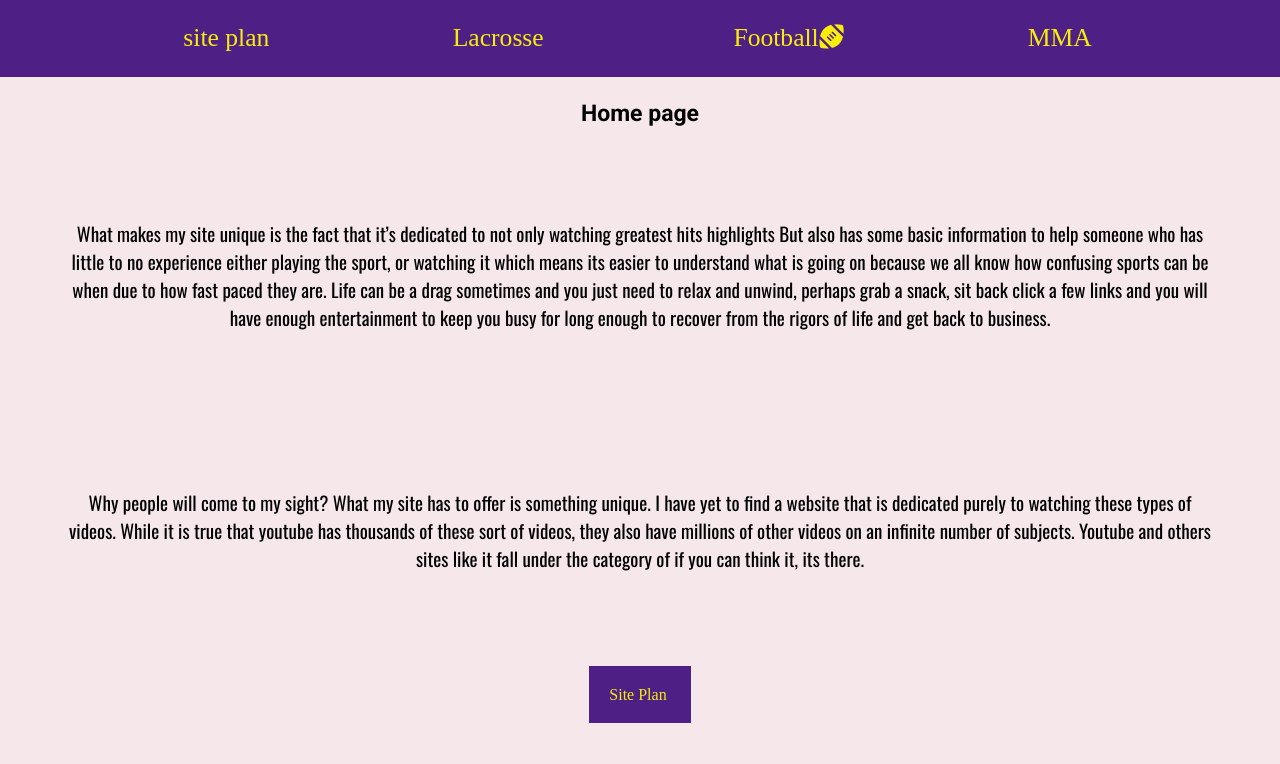
Repository: nak97/personal-site
Page: index.html
The author's editor kept a copy of each file at every save. The page is drawn from the files as they stood at one save, then again after the next save.
The browser window is 1280 px wide. The pictures show the whole page.
Some icons come from a web library that is not loaded, so they are not drawn. Some web libraries are served in a nearby version.

Above is the page before, as saved 2023-03-19 09:53:17.

### index.html
<!DOCTYPE html>
<html lang="en">
<head>
  <meta charset="UTF-8">
  <meta http-equiv="X-UA-Compatible" content="IE=edge">
  <meta name="viewport" content="width=device-width, initial-scale=1.0">
  <link rel="stylesheet" href="personal-site.css">
  <link href="https://fonts.googleapis.com/css2?family=Oswald:wght@200&family=Roboto:wght@700&display=swap" rel="stylesheet">
  <link href="https://fonts.googleapis.com/css2?family=Oswald:wght@200;400&family=Roboto:wght@700&display=swap" rel="stylesheet">
<link rel="preconnect" href="https://fonts.gstatic.com" crossorigin>
  <script src="https://kit.fontawesome.com/615002bc5f.js" crossorigin="anonymous"></script>
  <title> Home</title>
</head>
<body>
  <nav>
    <a href="site-plan.html">site plan</a>
    <a href="lacrosse.html" target="_blank">Lacrosse <i class="fa-solid fa-lacrosse-stick-ball"></i></a>
    <a href="football.html" target="_blank">Football<i class="fa-solid fa-football"></i></a>
    <a href="mma.html" target="_blank">MMA  <i class="fa-solid fa-boxing-glove"></i></a>
  </nav>
<section class="home">
<h3>Home page</h3>
      <p class="p1">
        What makes my site unique is the fact that it’s dedicated to not only watching greatest hits highlights But also has some basic information to help someone who has little to no experience either playing the sport, or watching it which means its easier to understand what is going on because we all know how confusing sports can be when due to how fast paced they are.
        Life can be a drag sometimes and you just need to relax and unwind, perhaps grab a snack,
        sit back click a few links and you will have enough entertainment to keep you busy for long enough to recover from the rigors of life and get back to business.
      </p>
      <p class="p2">
        Why people will come to my sight?
        What my site has to offer is something unique. I have yet to find a website that is dedicated purely to watching these types of videos.
        While it is true that youtube has thousands of these sort of videos, they also have millions of other videos on an infinite number of subjects. Youtube and others sites
        like it fall under the category of if you can think it, its there.
      </p>
    </section>

    <footer><a href="site-plan.html"> Site Plan <i class="fa-solid fa-ruler-triangle"></i></a></footer>
</body>
</html>

### personal-site.css

body{
  background-color: #F6E8EA;
  padding: 0 ;
  margin: 0;
}

 h3 {
  font-family: 'Roboto', sans-serif;
  font-size: 23px;
}

p {
  font-family: 'Oswald', sans-serif;
  font-size: 19px;
}

  .container {display: grid;}

a{text-decoration: none;}

.home h3 {
  text-align: center;
}

.home .p1 {
  padding: 69px;
}

.home .p2 {
  padding: 69px;
}

nav{
  display: flex;
  justify-content: space-evenly;
  background-color: #4e2086;
  line-height: 3em;
  text-align: center;
  font-size: 1.6em;
}

nav a { color: #f8ec0d;}

nav a:hover {color: #F45B69;}

.lacrosse h3, p {text-align: center;}

.lacrosse p {padding: 0px 121px;}

.lacrosse { margin: 43px 0;}

.Laxvideos{
  margin-top: 20px;
  display: flex;
  justify-content: space-evenly;
  text-align: center;
  background-color: #F45B69;
  padding-top: 40px;
}

.rules{margin: 50px 0;}

.rules h3, p {text-align: center;}

.rules p {padding: 0px 121px;}

.LaxImages {
  background-color: #4e2086;
}

.LaxImages p {color:#f8ec0d;
}

.images {
  display: flex;
  justify-content: space-between;
  padding-top: 54px;
}

.img1{margin-left: 105px;}

.img1 p {text-align: center; }

.img2 {margin-left: 312px;}

.img2 p{
  text-align: center;
  margin-right: 70px;
}

.img-1{
  margin-left: 40px;
  width: 400px;
  height: 300px;}

.img-2{
  margin-left: 16px;
  width: 400px;
  height: 300px;
}

footer{
margin-top: 45px;
text-align: center;
margin-bottom: 60px;}

footer a {
  background-color: #4e2086;
  color: #f8ec0d;
  padding: 20px;
}

footer a:hover {
  color: #F45B69;
}

After the next save:
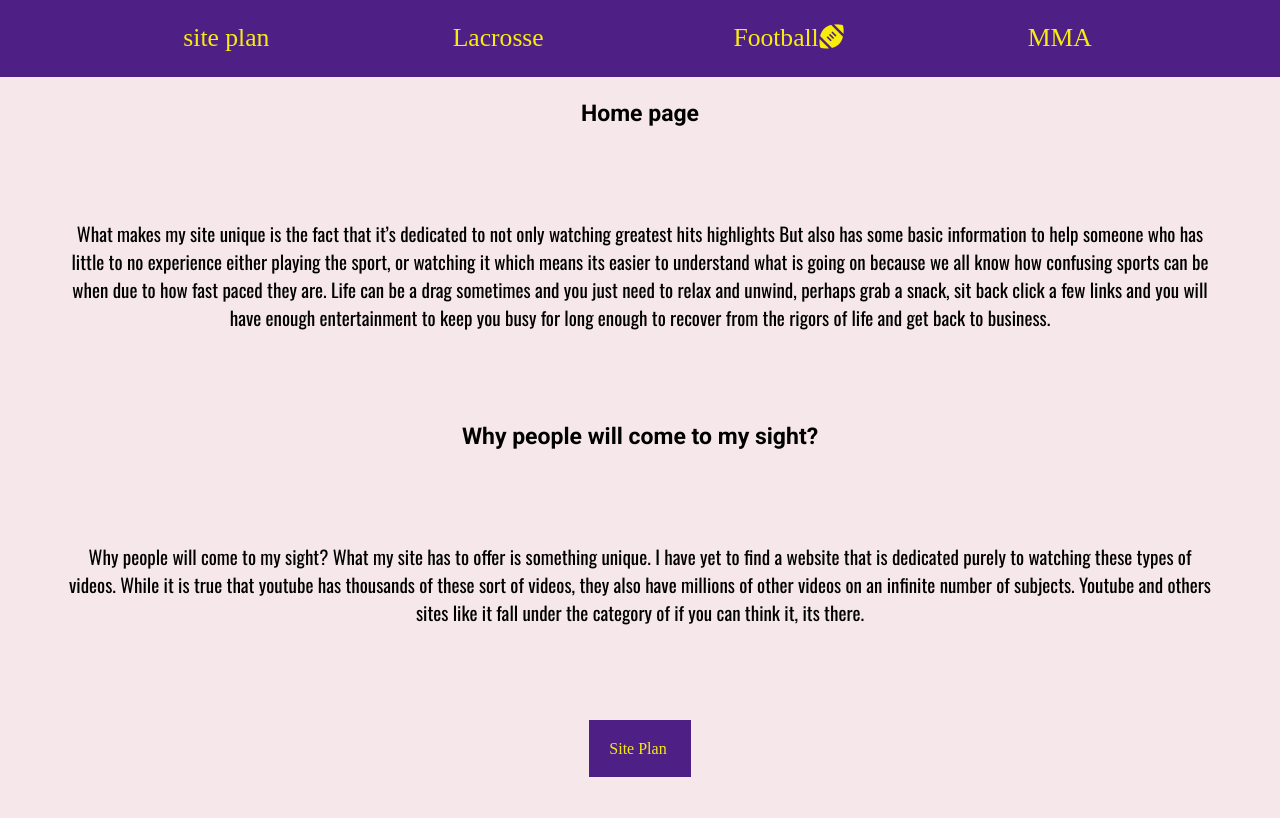
Saved 52 s later.
--- a/index.html
+++ b/index.html
@@ -25,6 +25,7 @@
         Life can be a drag sometimes and you just need to relax and unwind, perhaps grab a snack,
         sit back click a few links and you will have enough entertainment to keep you busy for long enough to recover from the rigors of life and get back to business.
       </p>
+      <h3>Why people will come to my sight?</h3>
       <p class="p2">
         Why people will come to my sight?
         What my site has to offer is something unique. I have yet to find a website that is dedicated purely to watching these types of videos.
